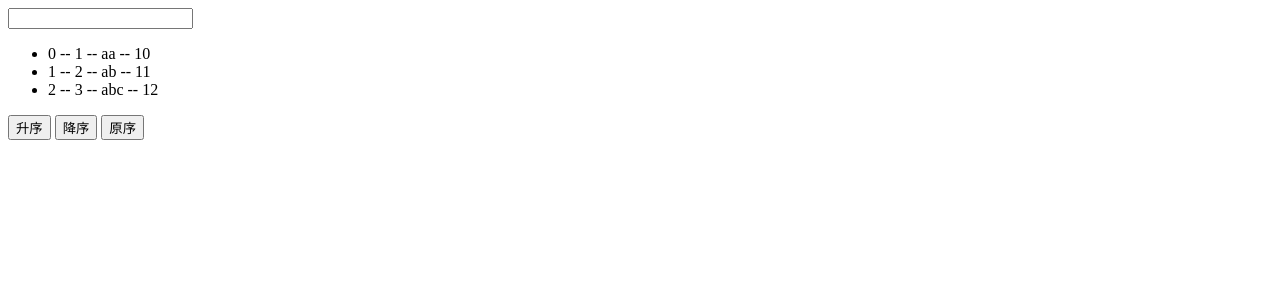
Repository: CodeHuai/vue_note
Page: 练习/index.html
An editor plug-in stored every save of this project. The page is shown before and after the next save, followed by the edit.
The browser window is 1280 px wide. The pictures show the whole page.

Above is the page before, as saved 2021-07-06 18:53:03.

After the next save:
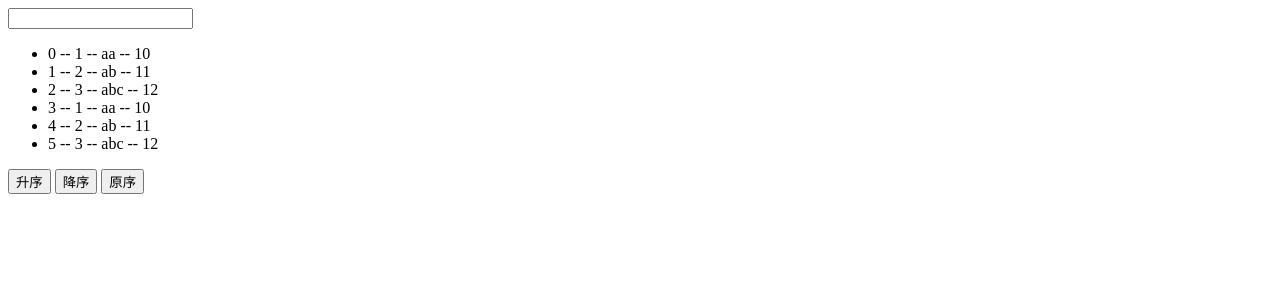
Saved 18 s later.
--- a/练习/index.html
+++ b/练习/index.html
@@ -29,6 +29,20 @@
                 info: '',
                 searchType: 0, // 0 -- 原序排序； 1 -- 升序排序； 2 -- 降序排序
                 persons: [{
+                        id: 1,
+                        name: 'aa',
+                        age: 10
+                    }, {
+                        id: 2,
+                        name: 'ab',
+                        age: 11
+                    },
+                    {
+                        id: 3,
+                        name: 'abc',
+                        age: 12
+                    },
+                    {
                         id: 1,
                         name: 'aa',
                         age: 10
